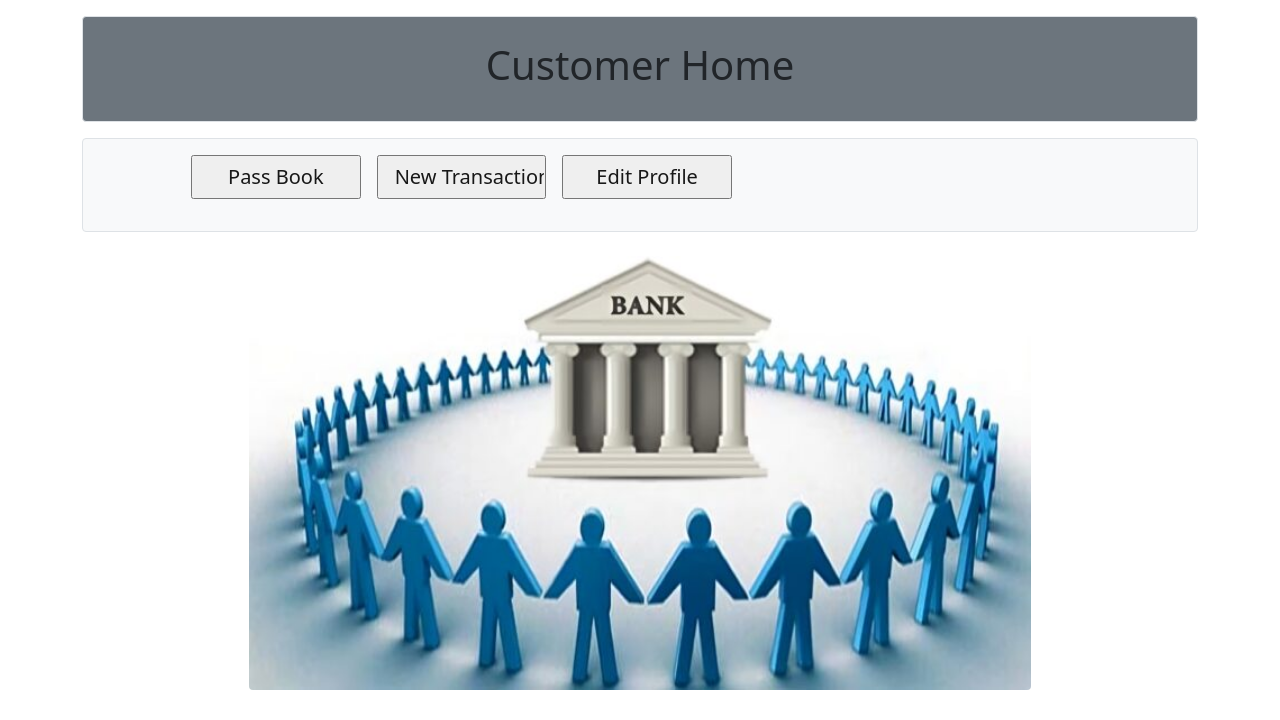
Repository: shivamaninalla/Bank-Application-JSP
Page: http://localhost/10-BankApplication/cust-home.jsp
These files come from the project's save history. The page is drawn as it stood at one moment and after the next save; the edit follows.
The browser window is 1280 px wide. The pictures show the whole page.
The page is served by Tomcat 9.

Above is the page before, as saved 2024-07-20 18:27:10.

After the next save:
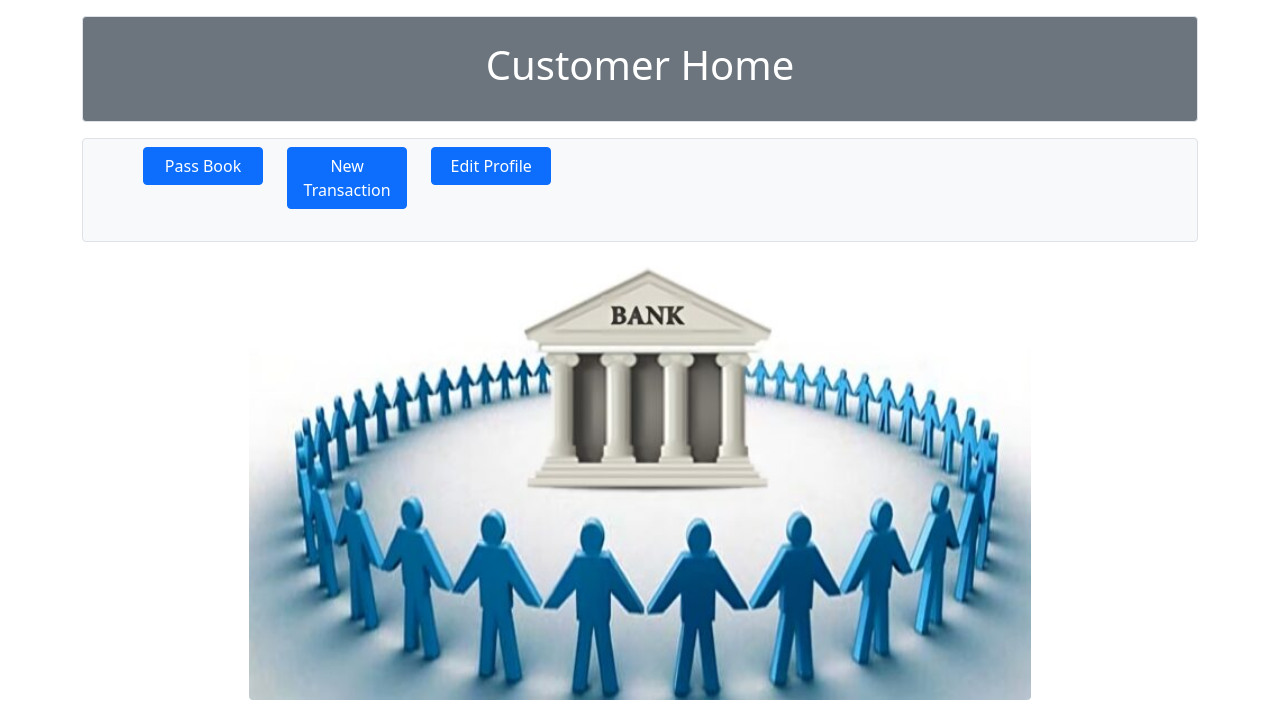
Saved 93 s later.
--- a/10-BankApplication/WebContent/cust-home.jsp
+++ b/10-BankApplication/WebContent/cust-home.jsp
@@ -3,59 +3,46 @@
 <%@ taglib uri="http://java.sun.com/jsp/jstl/core" prefix="c"%>
 <%@ taglib uri="http://java.sun.com/jsp/jstl/functions" prefix="fn"%>
 <link href="https://cdn.jsdelivr.net/npm/bootstrap@5.0.2/dist/css/bootstrap.min.css" rel="stylesheet"
-	integrity="sha384-EVSTQN3/azprG1Anm3QDgpJLIm9Nao0Yz1ztcQTwFspd3yD65VohhpuuCOmLASjC" crossorigin="anonymous">
+    integrity="sha384-EVSTQN3/azprG1Anm3QDgpJLIm9Nao0Yz1ztcQTwFspd3yD65VohhpuuCOmLASjC" crossorigin="anonymous">
 <script src="https://cdn.jsdelivr.net/npm/bootstrap@5.0.2/dist/js/bootstrap.bundle.min.js"
-	integrity="sha384-MrcW6ZMFYlzcLA8Nl+NtUVF0sA7MsXsP1UyJoMp4YLEuNSfAP+JcXn/tWtIaxVXM" crossorigin="anonymous"></script>
+    integrity="sha384-MrcW6ZMFYlzcLA8Nl+NtUVF0sA7MsXsP1UyJoMp4YLEuNSfAP+JcXn/tWtIaxVXM" crossorigin="anonymous"></script>
 <!DOCTYPE html>
 <html>
 <head>
 <meta charset="ISO-8859-1">
-<title>Insert title here</title>
+<title>Customer Home</title>
 </head>
 <body>
 <div class="container mt-3">
 
-		<nav class="navbar bg-secondary border rounded p-4">
-			<div
-				class="container-fluid d-flex justify-content-center align-items-center">
-				<h1>Customer Home</h1>
-			</div>
-		</nav>
+    <nav class="navbar bg-secondary border rounded p-4">
+        <div class="container-fluid d-flex justify-content-center align-items-center">
+            <h1 class="text-white">Customer Home</h1>
+        </div>
+    </nav>
 
+    <nav class="navbar navbar-expand-lg navbar-light bg-light mt-3 px-5 border rounded">
+        <div class="container-fluid">
+            <form action="user" method="get">
+                <div class="row">
+                    <div class="col-md-4 text-center mb-2">
+                        <button type="submit" name="UserController" value="Pass Book" class="btn btn-primary w-100">Pass Book</button>
+                    </div>
+                    <div class="col-md-4 text-center mb-2">
+                        <button type="submit" name="UserController" value="New Transaction" class="btn btn-primary w-100">New Transaction</button>
+                    </div>
+                    <div class="col-md-4 text-center mb-2">
+                        <button type="submit" name="UserController" value="Edit Profile" class="btn btn-primary w-100">Edit Profile</button>
+                    </div>
+                </div>
+            </form>
+        </div>
+    </nav>
 
-		<nav
-			class="navbar navbar-expand-lg navbar-light bg-light mt-3 px-5 border rounded">
-			<form action="user" method="get">
-				<nav class="navbar navbar-expand-lg bg-body-tertiary px-5">
-					<div class="container-fluid">
-						<input type="submit" name="UserController"
-							value="Pass Book" class="navbar-brand nav-link col-4 me-3" />
-						<input type="submit" name="UserController"
-							value="New Transaction" class="navbar-brand nav-link col-4 me-3" />
-						<input type="submit" name="UserController" value="Edit Profile"
-							class="navbar-brand nav-link col-4 me-3" />
-					</div>
-				</nav>
-			</form>
+    <div class="text-center mt-4">
+        <img src="./includes/bank.jpeg" class="rounded img-fluid" alt="Bank-image" width="70%" />
+    </div>
 
-			<!-- <div class="container-fluid">
-				<a class="navbar-brand nav-link" href="add-new-customer.jsp">Add
-					New Customer</a> <a class="navbar-brand nav-link"
-					href="add-bank-account.jsp">Add Bank Account</a> <a
-					class="navbar-brand nav-link" href="view-customers.jsp">View
-					Customers</a> <a class="navbar-brand nav-link"
-					href="view-transactions.jsp">View Transactions</a>
-			</div> -->
-		</nav>
-
-		<div class="text-center mt-4">
-			<img src="./includes/bank.jpeg" class="rounded img-fluid"
-				alt="Bank-image" width="70%" />
-		</div>
-
-	</div>
-
-
-
+</div>
 </body>
 </html>

After the save that followed:
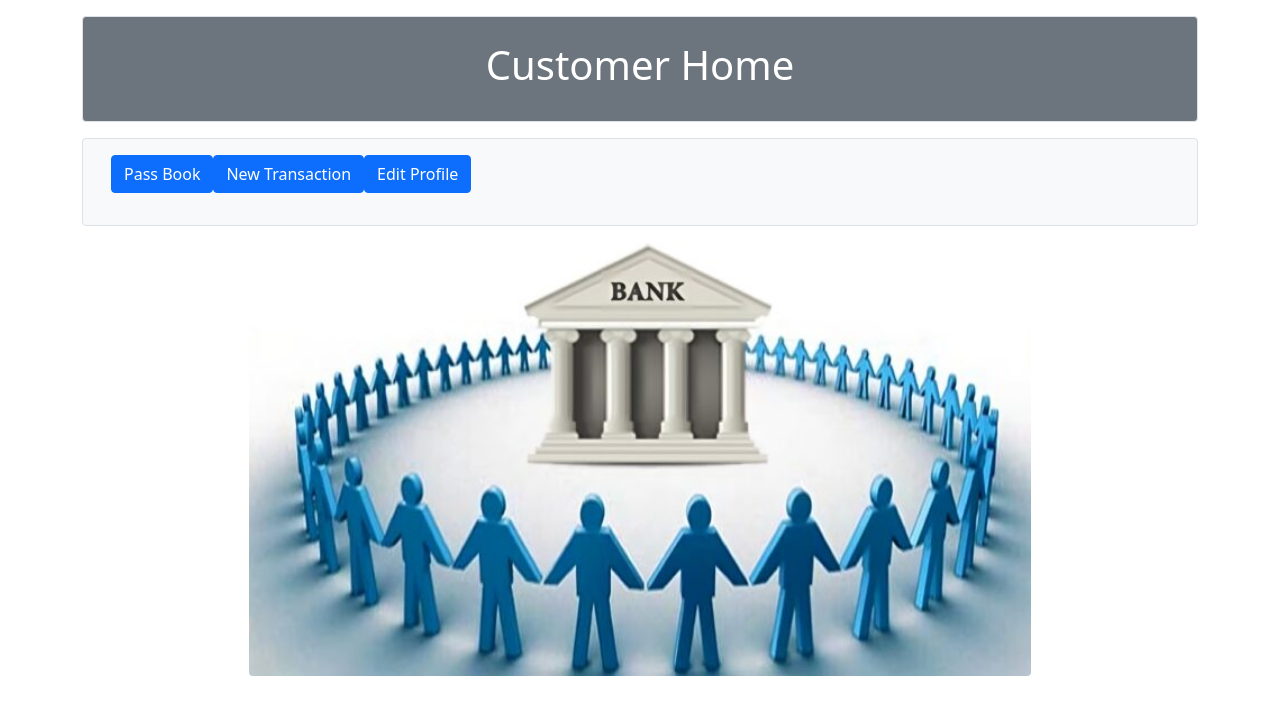
Saved 100 s later.
--- a/10-BankApplication/WebContent/cust-home.jsp
+++ b/10-BankApplication/WebContent/cust-home.jsp
@@ -15,31 +15,28 @@
 <body>
 <div class="container mt-3">
 
-    <nav class="navbar bg-secondary border rounded p-4">
+    <!-- Header Navigation -->
+    <nav class="navbar bg-secondary border rounded p-4 mb-3">
         <div class="container-fluid d-flex justify-content-center align-items-center">
             <h1 class="text-white">Customer Home</h1>
         </div>
     </nav>
 
-    <nav class="navbar navbar-expand-lg navbar-light bg-light mt-3 px-5 border rounded">
+    <!-- Main Navigation Buttons -->
+    <nav class="navbar navbar-expand-lg navbar-light bg-light border rounded p-3 mb-3">
         <div class="container-fluid">
             <form action="user" method="get">
-                <div class="row">
-                    <div class="col-md-4 text-center mb-2">
-                        <button type="submit" name="UserController" value="Pass Book" class="btn btn-primary w-100">Pass Book</button>
-                    </div>
-                    <div class="col-md-4 text-center mb-2">
-                        <button type="submit" name="UserController" value="New Transaction" class="btn btn-primary w-100">New Transaction</button>
-                    </div>
-                    <div class="col-md-4 text-center mb-2">
-                        <button type="submit" name="UserController" value="Edit Profile" class="btn btn-primary w-100">Edit Profile</button>
-                    </div>
+                <div class="d-flex justify-content-around">
+                    <button type="submit" name="UserController" value="Pass Book" class="btn btn-primary">Pass Book</button>
+                    <button type="submit" name="UserController" value="New Transaction" class="btn btn-primary">New Transaction</button>
+                    <button type="submit" name="UserController" value="Edit Profile" class="btn btn-primary">Edit Profile</button>
                 </div>
             </form>
         </div>
     </nav>
 
-    <div class="text-center mt-4">
+    <!-- Image -->
+    <div class="text-center">
         <img src="./includes/bank.jpeg" class="rounded img-fluid" alt="Bank-image" width="70%" />
     </div>
 
